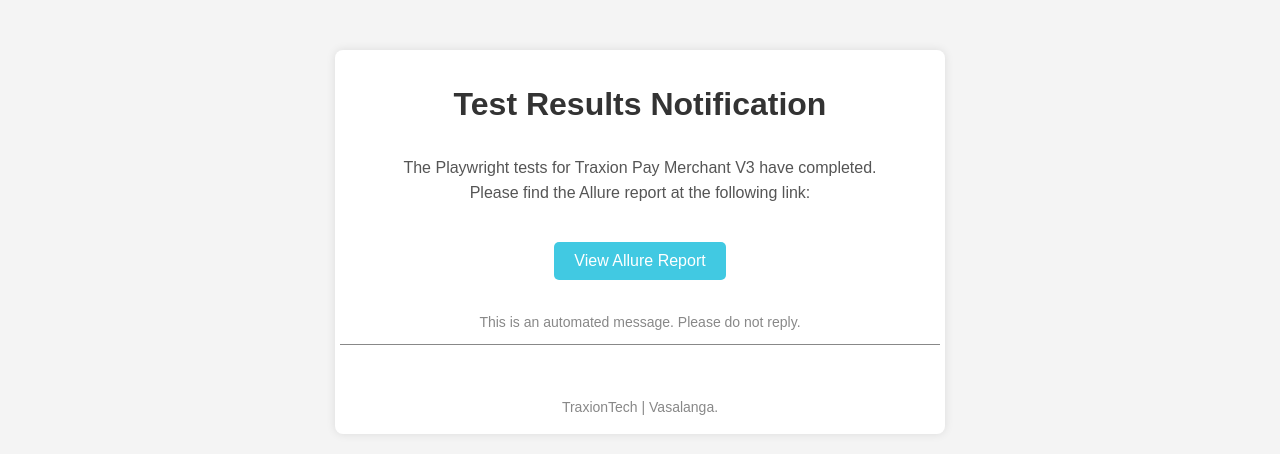
Repository: jmendozaqa24/TraxionPay-V3
Page: template.html
These files come from the project's save history. The page is drawn as it stood at one moment and after the next save; the edit follows.
The browser window is 1280 px wide. The pictures show the whole page.

Above is the page before, as saved 2025-01-31 10:52:25.

### template.html
<!DOCTYPE html>
            <html lang="en">
            <head>
                <meta charset="UTF-8">
                <meta name="viewport" content="width=device-width, initial-scale=1.0">
                <title>Test Results Notification</title>
            </head>
            <body style="font-family: Arial, sans-serif; background-color: #f4f4f4; margin: 5px 0; padding: 25px 0;">
                <div style="max-width: 600px; margin: 20px auto; background-color: #ffffff; padding: 5px; border-radius: 8px; box-shadow: 0 0 10px rgba(0, 0, 0, 0.1);">
                    <div style="text-align: center; padding-bottom: 0">
                        <h1 style="color: #333333; margin: 5; padding: 10px; ">Test Results Notification</h1>
                    </div>
                    <div style="text-align: center; margin: 5; padding: 0 40px;">
                        <p style="color: #555555; font-size: 16px; line-height: 1.6;">
                            The Playwright tests for Traxion Pay Merchant V3 have completed. Please find the Allure report at the following link:
                        </p>
                        <a href="https://dread-vin.github.io/TraxionPay-V3/"
                            style="display: inline-block; padding: 10px 20px; margin-top: 20px; font-size: 16px; color: #ffffff; background-color: #41C9E2; border-radius: 5px; text-decoration: none;">
                            View Allure Report
                        </a>
                    </div>
                    <div style="text-align: center; padding-top: 20px; font-size: 14px; color: #888888;">
                        <p>This is an automated message. Please do not reply.</p>
                    </div>
                    <hr style="border: none; border-top: 0.1px solid #888888; padding: 10px 0; margin: 0;">
                    <div style="text-align: center; padding-top: 20px; font-size: 14px; color: #888888;">
                        <p>TraxionTech | Vasalanga.</p>
                    </div>
                </div>
            </body>
            </html>

After the next save:
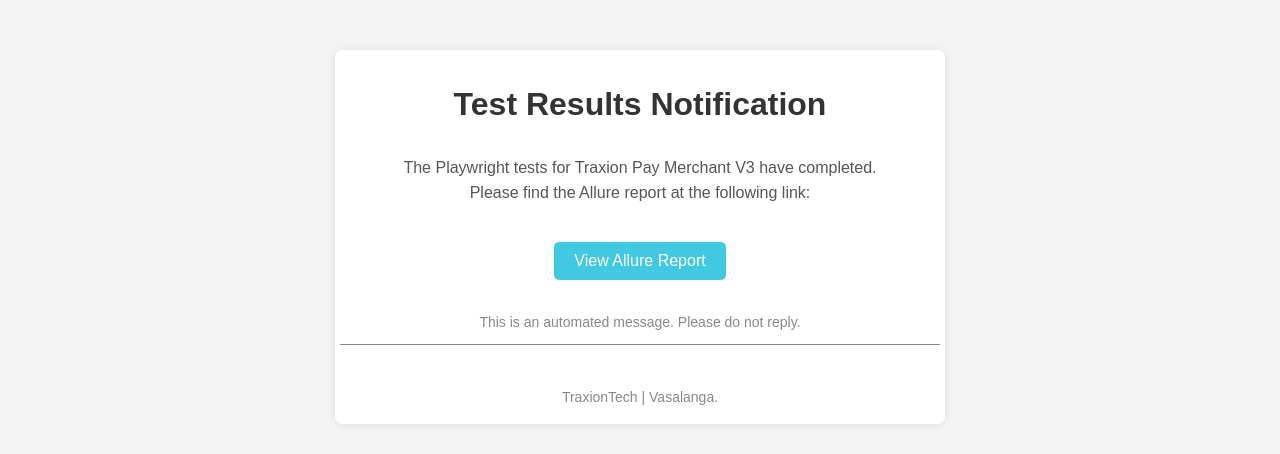
Saved 8 s later.
--- a/template.html
+++ b/template.html
@@ -22,7 +22,7 @@
                     <div style="text-align: center; padding-top: 20px; font-size: 14px; color: #888888;">
                         <p>This is an automated message. Please do not reply.</p>
                     </div>
-                    <hr style="border: none; border-top: 0.1px solid #888888; padding: 10px 0; margin: 0;">
+                    <hr style="border: none; border-top: 0.1px solid #888888; margin:10px 0;">
                     <div style="text-align: center; padding-top: 20px; font-size: 14px; color: #888888;">
                         <p>TraxionTech | Vasalanga.</p>
                     </div>
